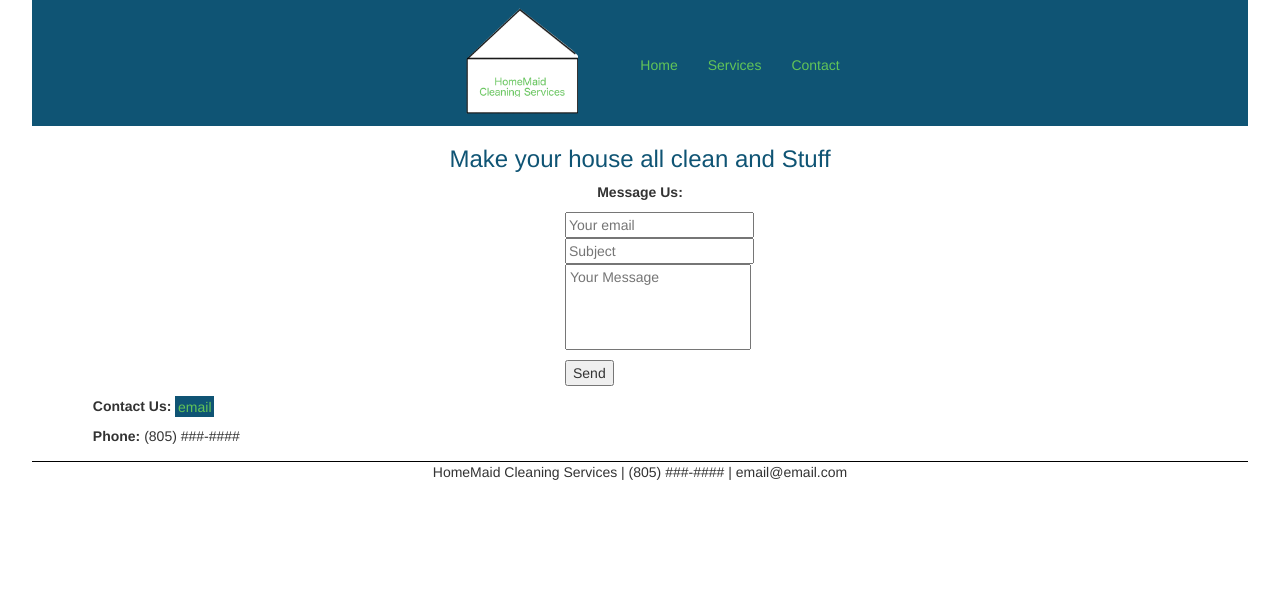
Repository: alprusa/HomeMaid-Cleaning-Service
Page: HomeMaid-Cleaning-Service/contact/index.html
An editor plug-in stored every save of this project. The page is shown before and after the next save, followed by the edit.
The browser window is 1280 px wide. The pictures show the whole page.

Above is the page before, as saved 2016-07-27 01:59:47.

After the next save:
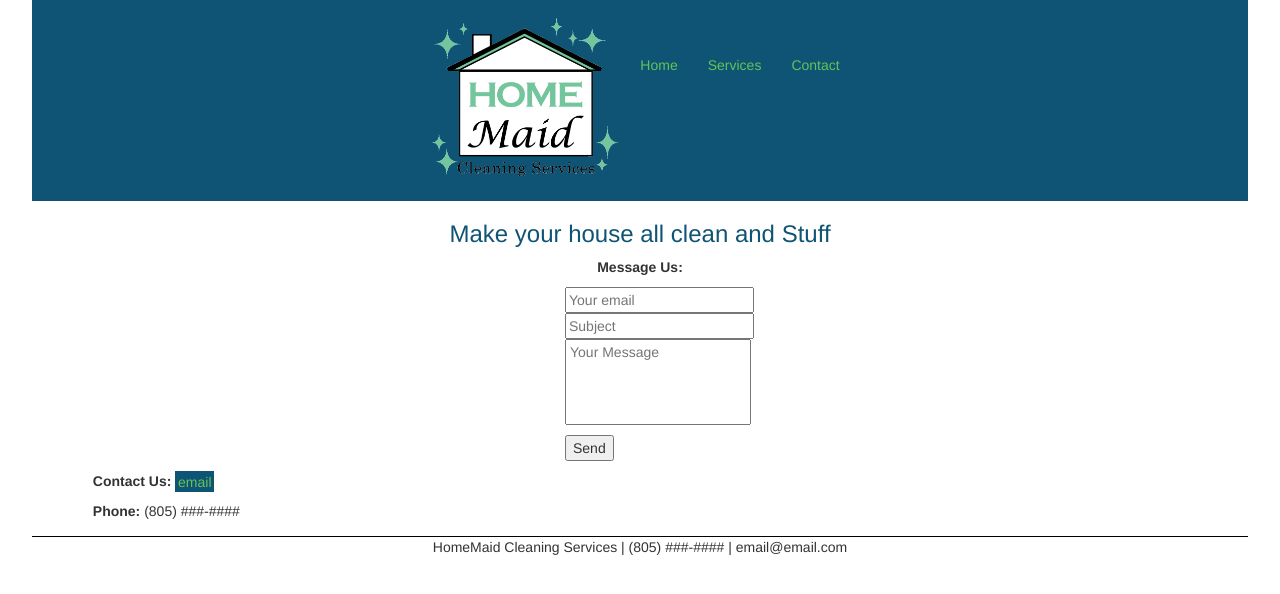
Saved 7 s later.
--- a/HomeMaid-Cleaning-Service/contact/index.html
+++ b/HomeMaid-Cleaning-Service/contact/index.html
@@ -42,7 +42,7 @@
                         	<li>
 								<div class="navbar-header">
                         			<!--Logo image button to go make to main page-->
-                       				 <a href="../"><img src="../img/TempLogo.png" class="img-responsive" id="logo"/></a>
+                       				 <a href="../"><img src="../img/HMLogo.png" class="img-responsive" id="logo"/></a>
                        				 <!--<form action="#">
 										 <button type="submit" id="appointment" href="#">Make an Appointment</button>
 									 </form>-->
